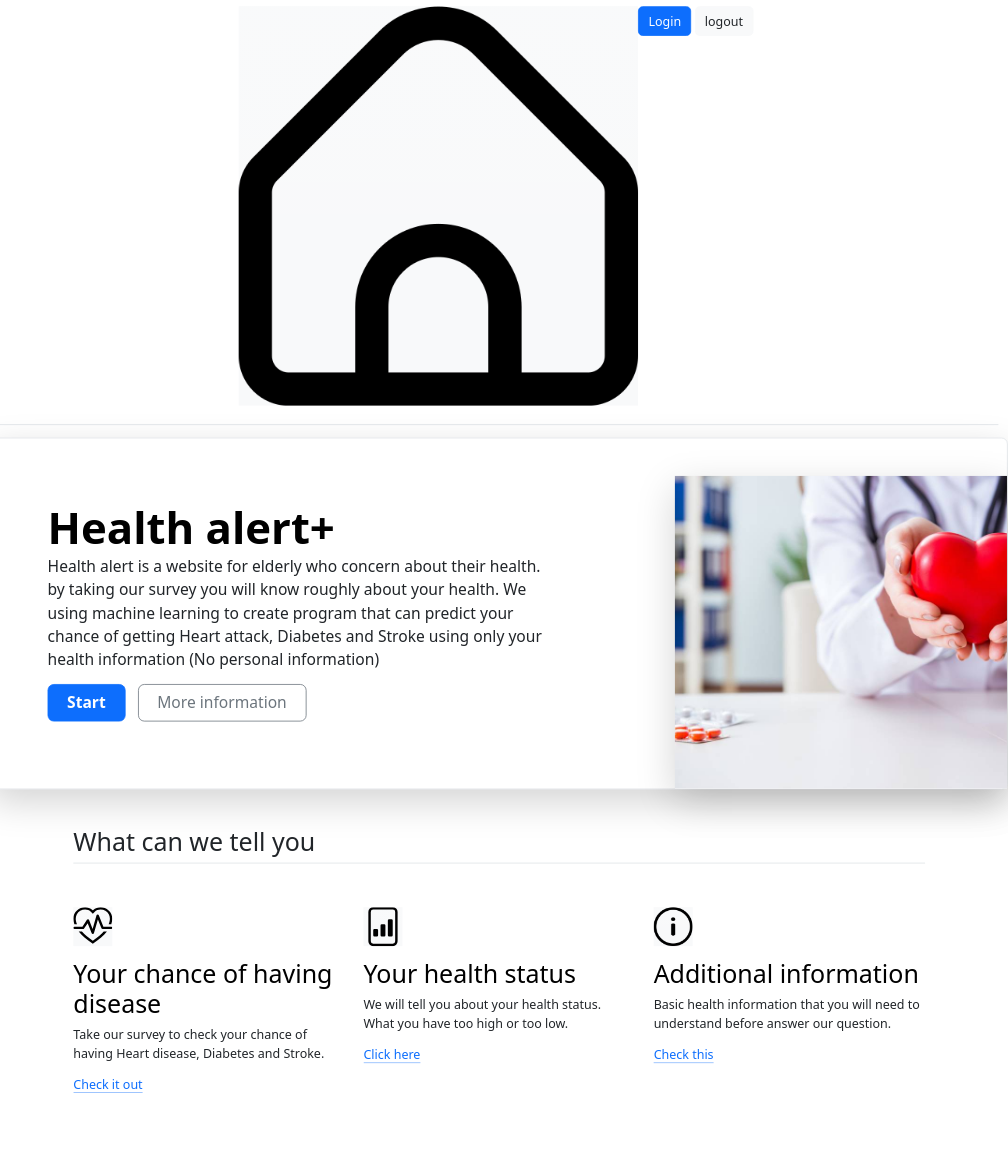
Repository: aneforollll/webapp
Page: http://localhost/index.php
An editor plug-in stored every save of this project. The page is shown before and after the next save, followed by the edit.
The browser window is 1280 px wide. The page is 1292 px wide, so the pictures cover 1292 px, including what lies to the right of the window. The pictures show the whole page, at 78% of full size.
The page is run by PHP 8.4 with error messages shown; the project is at /var/www/html/.

Above is the page before, as saved 2024-01-15 10:41:19.

After the next save:
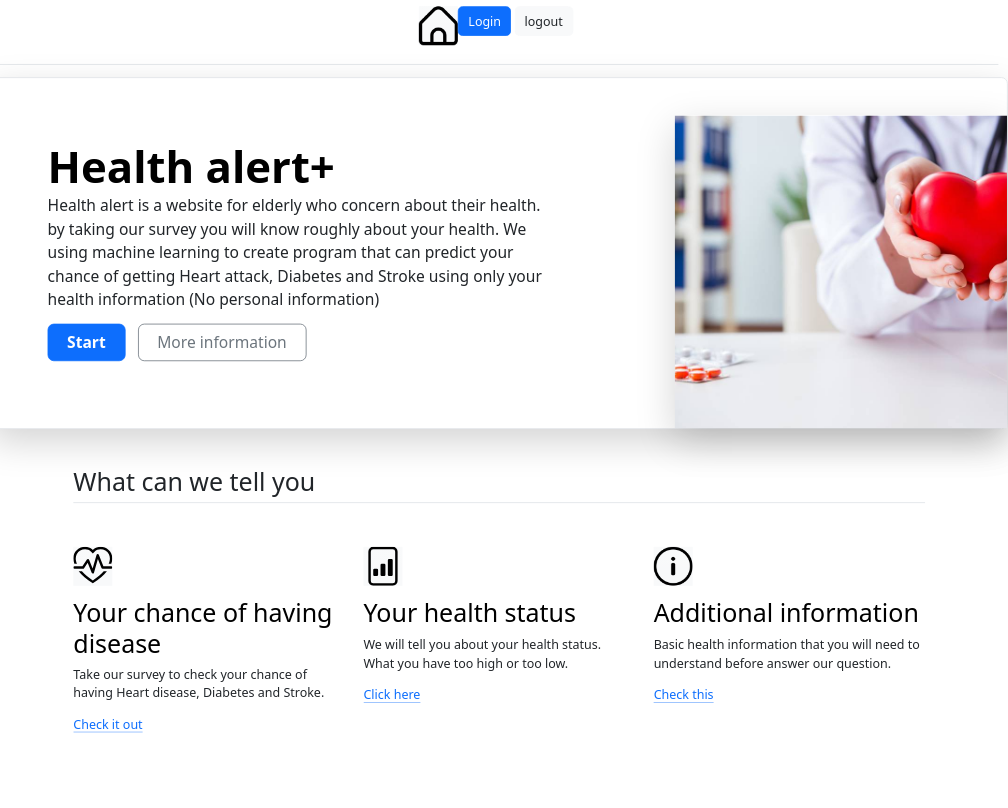
Saved 33 s later.
--- a/index.php
+++ b/index.php
@@ -11,7 +11,7 @@
   <div class="px-3 py-2 border-bottom mb-3">
       <div class="container d-flex flex-wrap justify-content-center">
       <div class="feature-icon d-inline-flex align-items-center justify-content-center text-bg-light bg-gradient fs-2 mb-3">
-          <img src="images/home.png">
+          <img src="images/home.png" width="50">
       </div>
         <div class="text-end">
           <button type="button" class="btn btn-primary">Login</button>
